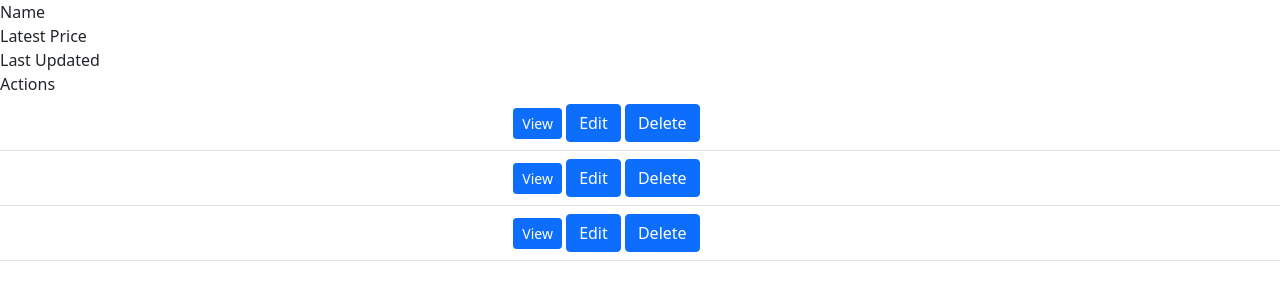
Repository: tHEO2k17/inventory-manager
Page: /
These files come from the project's save history. The page is drawn as it stood at one moment and after the next save; the edit follows.
The browser window is 1280 px wide. The pictures show the whole page.
The project was rebuilt for these pictures with package versions that can differ from the ones it lists, and the page was loaded fresh each time.

Above is the page before, as saved 2021-08-31 07:40:49.

### src/index.tsx
import React from 'react';
import ReactDOM from 'react-dom';
import './index.scss';
import App from './presentation/App';

ReactDOM.render(
  <React.StrictMode>
    <App />
  </React.StrictMode>,
  document.getElementById('root')
);

### src/presentation/App.tsx
import ProductsPage from './pages/ProductsPage';

export default function App() {
  return ( <ProductsPage/> );
}

### src/presentation/pages/ProductsPage.tsx
import { Component } from "react"
import { Table } from "react-bootstrap";
import { mock } from "../../core/mock";
import Product from "../components/Product";

export default class ProductsPage extends Component {
    constructor(props: any) {
        super(props);
    }

    render() {
        return (
            <>
                <Table>
                    <thead>
                        <tr>Name</tr>
                        <tr>Latest Price</tr>
                        <tr>Last Updated</tr>
                        <tr>Actions</tr>
                    </thead>
                    <tbody>
                        {
                            mock.products.map(product => <Product key={product.id} product={product} />)
                        }
                    </tbody>
                </Table>
            </>
        );
    }
}

### src/core/mock.ts
export const mock = {
    "products": [
        {
            "id": 1,
            "name": "Exforge 10mg",
            "prices": [
                {
                    "id": 1,
                    "price": 10.99,
                    "date": "2019-01-01T17:16:32+00:00"
                },
                {
                    "id": 2,
                    "price": 9.20,
                    "date": "2018-11-01T17:16:32+00:00"
                }
            ]
        },
        {
            "id": 2,
            "name": "Exforge 20mg",
            "prices": [
                {
                    "id": 3,
                    "price": 12.00,
                    "date": "2019-01-01T17:16:32+00:00"
                },
                {
                    "id": 4,
                    "price": 13.20,
                    "date": "2018-11-01T17:16:32+00:00"
                }
            ]
        },
        {
            "id": 3,
            "name": "Paracetamol 20MG",
            "prices": [
                {
                    "id": 5,
                    "price": 5.00,
                    "date": "2017-01-01T17:16:32+00:00"
                },
                {
                    "id": 6,
                    "price": 13.20,
                    "date": "2018-11-01T17:16:32+00:00"
                }
            ]
        }
    ]
};

### src/presentation/components/Product.tsx
import { Button } from "react-bootstrap"

const Product = (product: any) => {
    return (
        <tr>
            <td>{product.name}</td>
            <td>{product.name}</td>
            <td>{product.name}</td>
            <td><Button size="sm">View</Button> <Button>Edit</Button> <Button>Delete</Button></td>
        </tr>
    );

}

export default Product;

Loaded but not shown: public/index.html (common file); src/index.scss (common file)

After the next save:
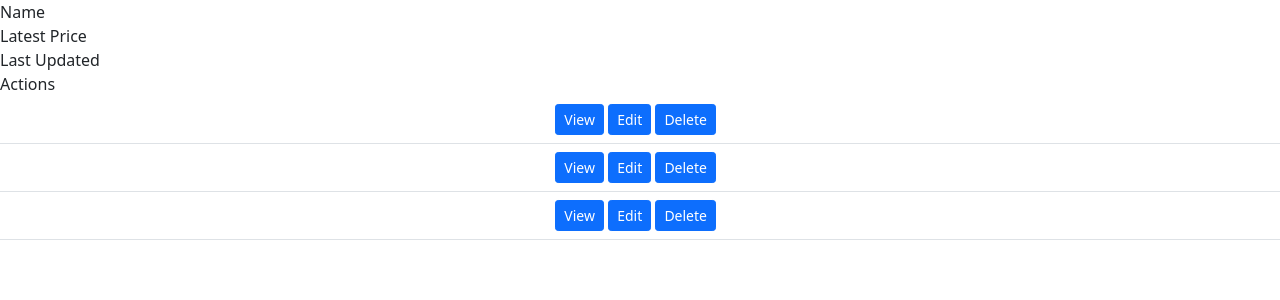
Saved 9 s later.
--- a/src/presentation/components/Product.tsx
+++ b/src/presentation/components/Product.tsx
@@ -6,7 +6,7 @@ const Product = (product: any) => {
             <td>{product.name}</td>
             <td>{product.name}</td>
             <td>{product.name}</td>
-            <td><Button size="sm">View</Button> <Button>Edit</Button> <Button>Delete</Button></td>
+            <td><Button size="sm">View</Button> <Button size="sm">Edit</Button> <Button size="sm">Delete</Button></td>
         </tr>
     );
 
